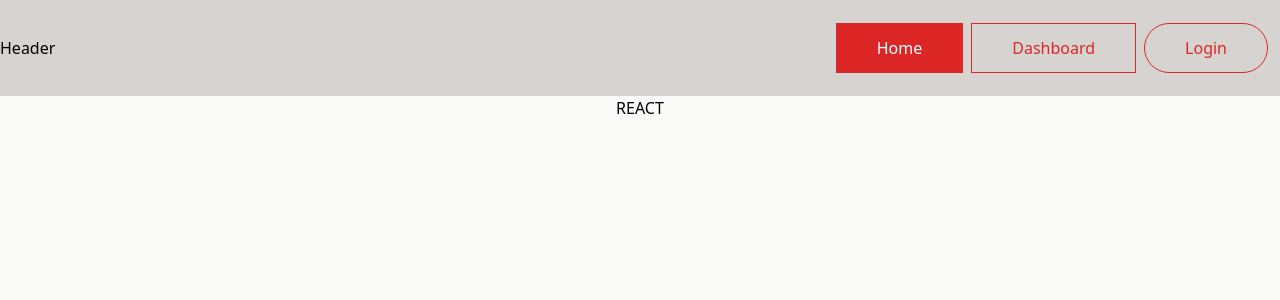
Repository: XavierOtavio/Cuzinhas
Page: /
These files come from the project's save history. The page is drawn as it stood at one moment and after the next save; the edit follows.
The browser window is 1280 px wide. The pictures show the whole page.
The project was rebuilt for these pictures with package versions that can differ from the ones it lists, and the page was loaded fresh each time. Also part of the build but not shown: src/components/Dashboard.js.

Above is the page before, as saved 2023-03-08 12:29:44.

After the next save:
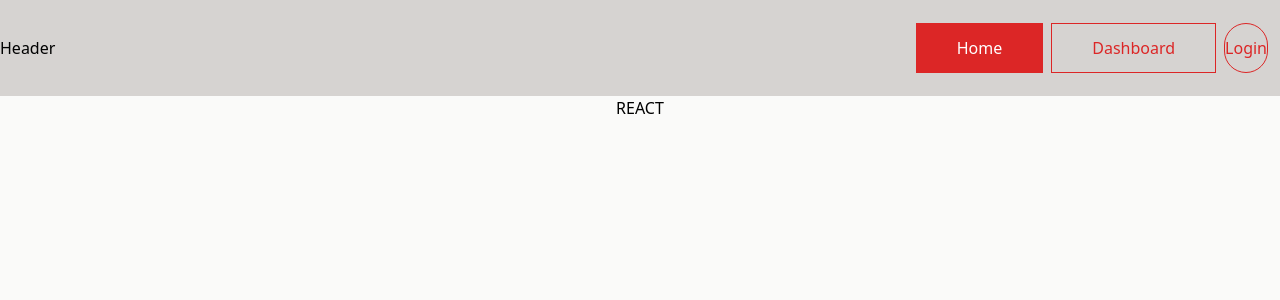
Saved 2 s later.
--- a/src/components/Header.js
+++ b/src/components/Header.js
@@ -17,7 +17,7 @@ function Header() {
           </button>
         </Link>
         <Link to="/login">
-          <button class="block border border-red-600 rounded-full bg-stone-300 px-10 py-3 text-red-600 ml-2 font-medium">
+          <button class="block border border-red-600 rounded-full bg-stone-300  py-3 text-red-600 ml-2 font-medium">
             Login
           </button>
         </Link>
